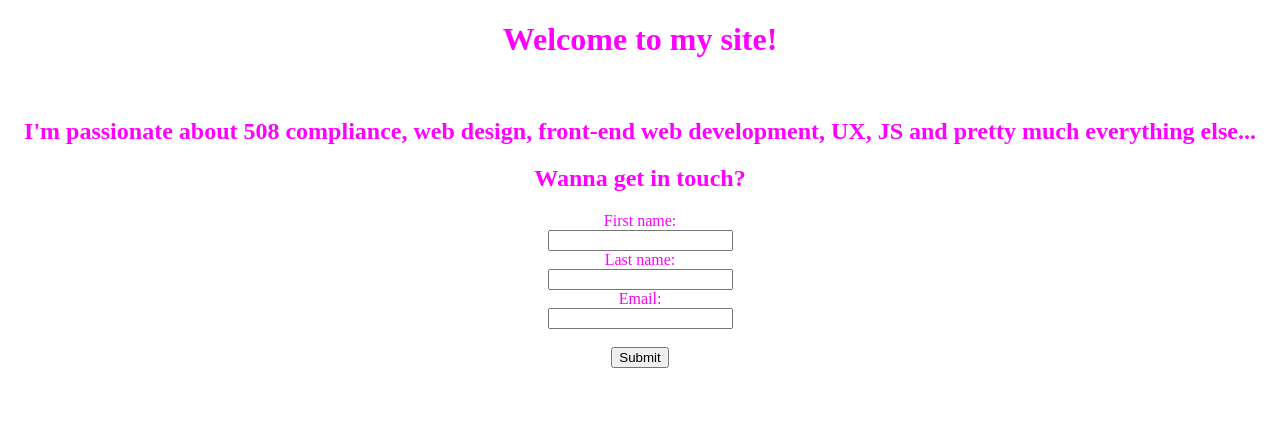
Repository: jasvr/jasvr.io
Page: index.html
These files come from the project's save history. The page is drawn as it stood at one moment and after a run of saves; the edit follows.
The browser window is 1280 px wide. The pictures show the whole page.
The first visible `*` has the focus.

Above is the page before, as saved 2020-01-09 19:43:53.

After the next 10 saves:
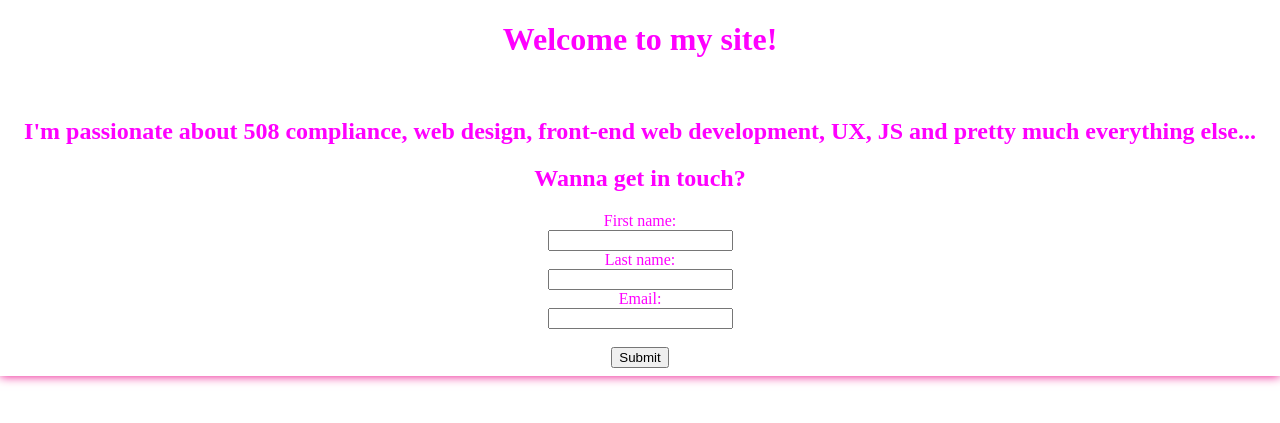
The 10 saves are shown as one change because they came seconds apart.
The last was saved 47 s later.
--- a/style.css
+++ b/style.css
@@ -5,5 +5,5 @@ text-align:center;
 
 *:focus{
     outline: 0;
-    box-shadow;
+    box-shadow: 0 0 10px #eb0486;
 }
